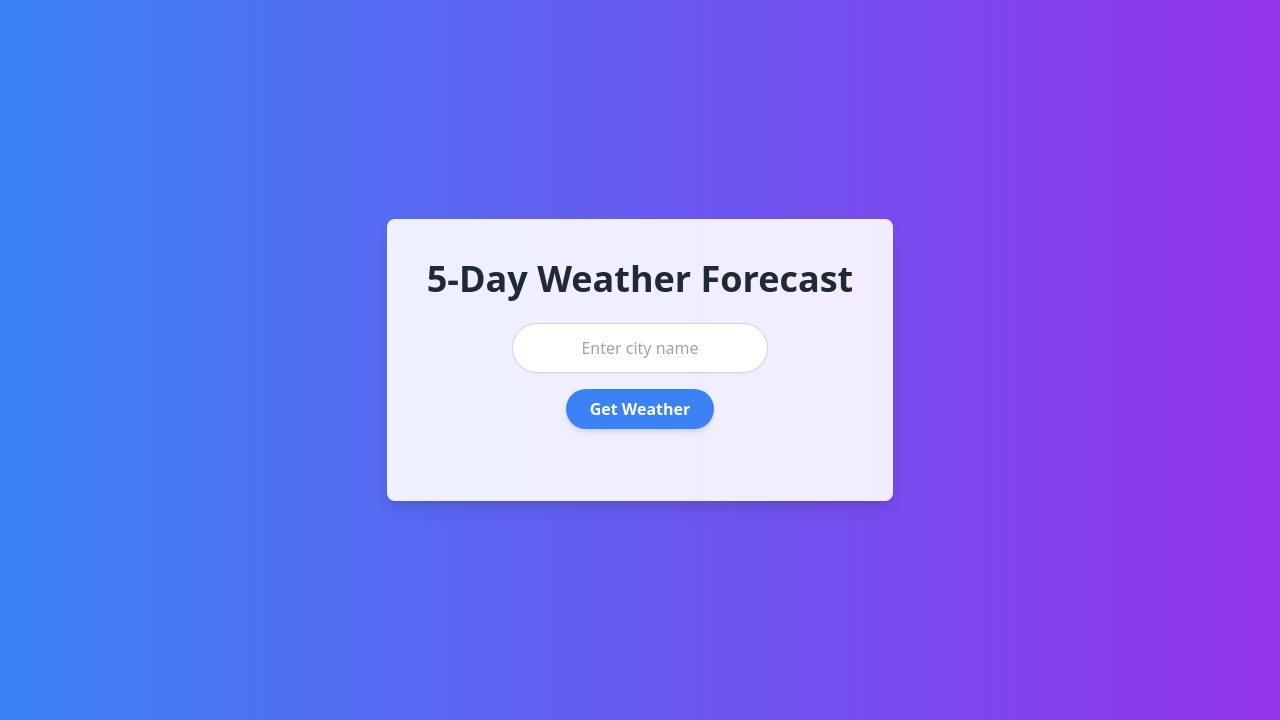
Repository: MKosainHaider/weather-app-react
Page: / (app in weather-app/)
These files come from the project's save history. The page is drawn as it stood at one moment and after the next save; the edit follows.
The browser window is 1280 px wide. The pictures show the whole page.
The project was rebuilt for these pictures with package versions that can differ from the ones it lists, and the page was loaded fresh each time. Also part of the build but not shown: weather-app/vite.config.js, weather-app/src/components/WeatherCard.jsx, weather-app/src/components/WeatherList.jsx.

Above is the page before, as saved 2024-08-19 12:56:45.

After the next save:
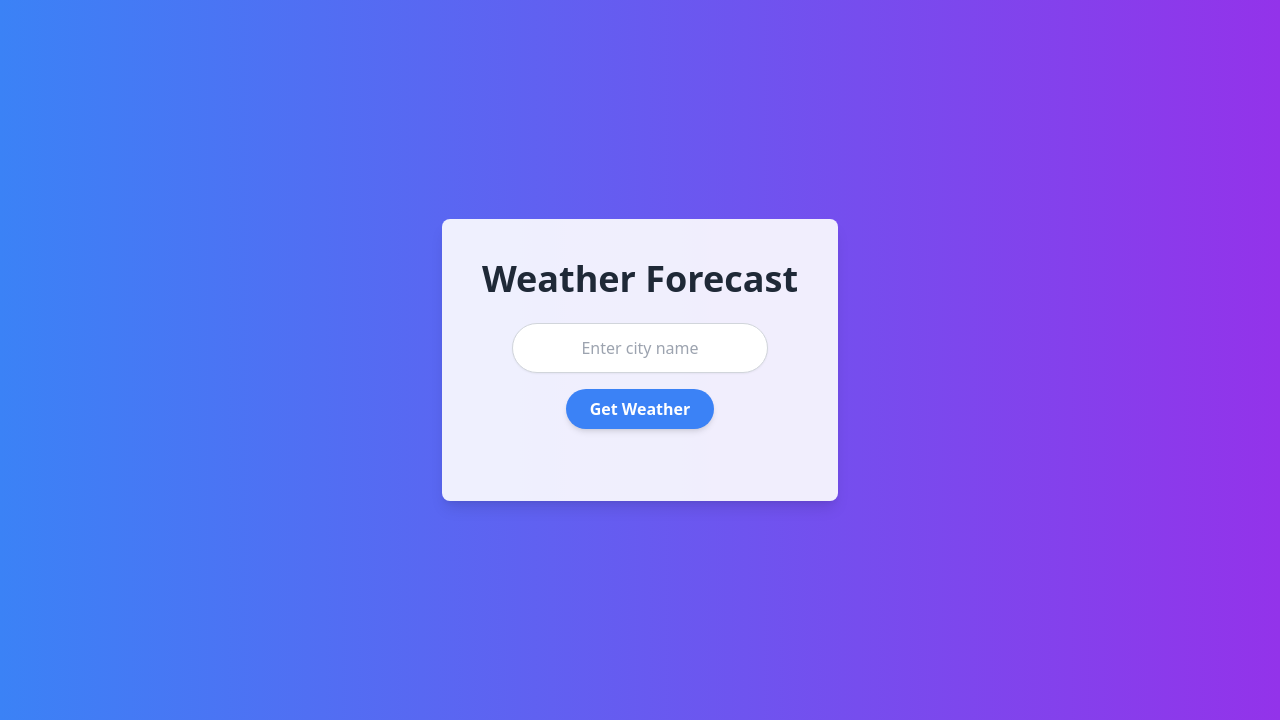
Saved 43 s later.
--- a/weather-app/src/App.jsx
+++ b/weather-app/src/App.jsx
@@ -9,7 +9,7 @@ function App() {
     <div className="min-h-screen bg-gradient-to-r from-blue-500 to-purple-600 flex flex-col justify-center items-center">
       <div className="bg-white bg-opacity-90 p-10 rounded-lg shadow-lg text-center">
         <h1 className="text-4xl font-bold text-gray-800 mb-6">
-          5-Day Weather Forecast
+          Weather Forecast
         </h1>
         <CityInput onCityChange={setCity} />
         <WeatherList city={city} />
